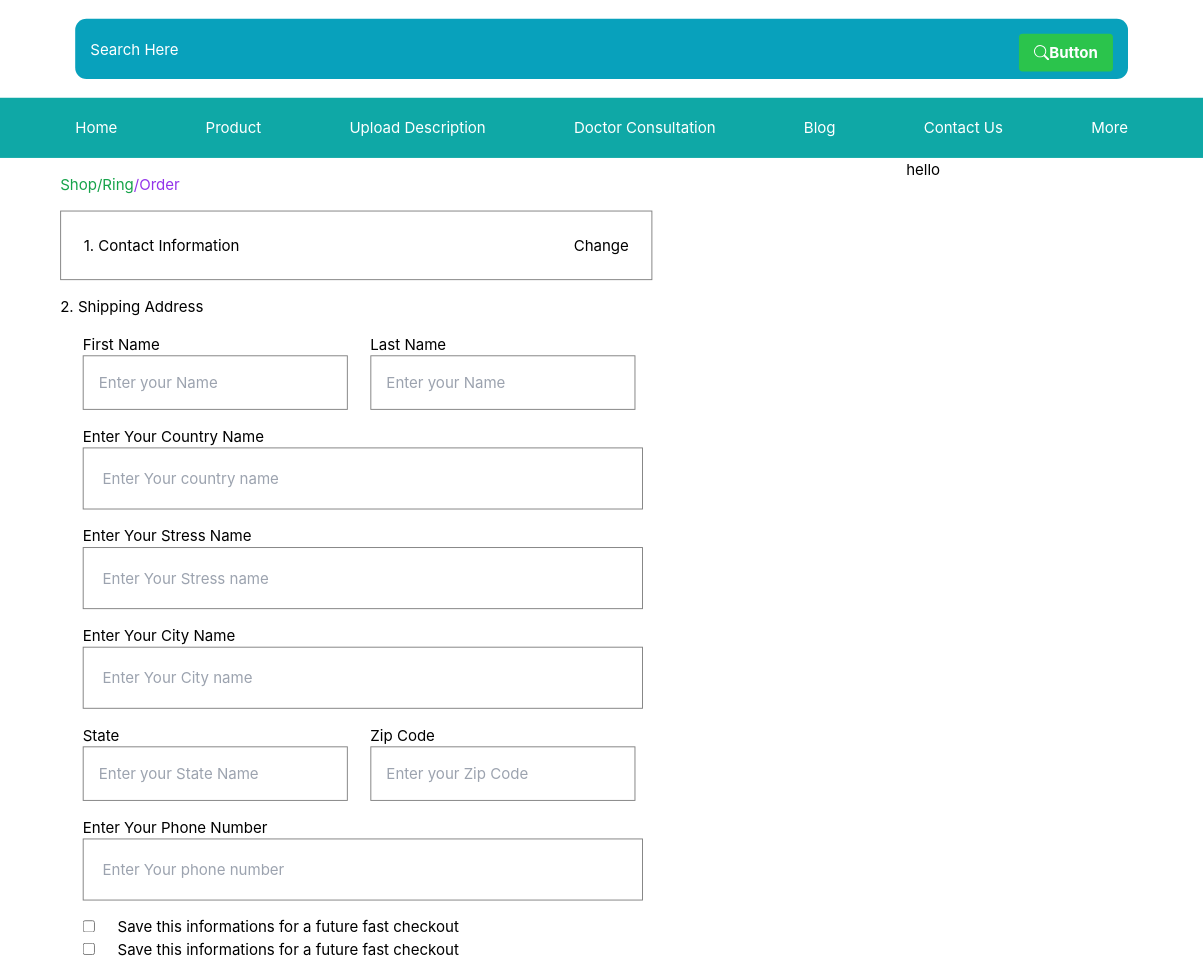
Repository: arafatmollah/form-pharma
Page: /
An editor plug-in stored every save of this project. The page is shown before and after the next save, followed by the edit.
The browser window is 1280 px wide. The pictures show the whole page, at 94% of full size.
The project was rebuilt for these pictures with package versions that can differ from the ones it lists, and the page was loaded fresh each time.

Above is the page before, as saved 2023-03-15 00:08:39.

After the next save:
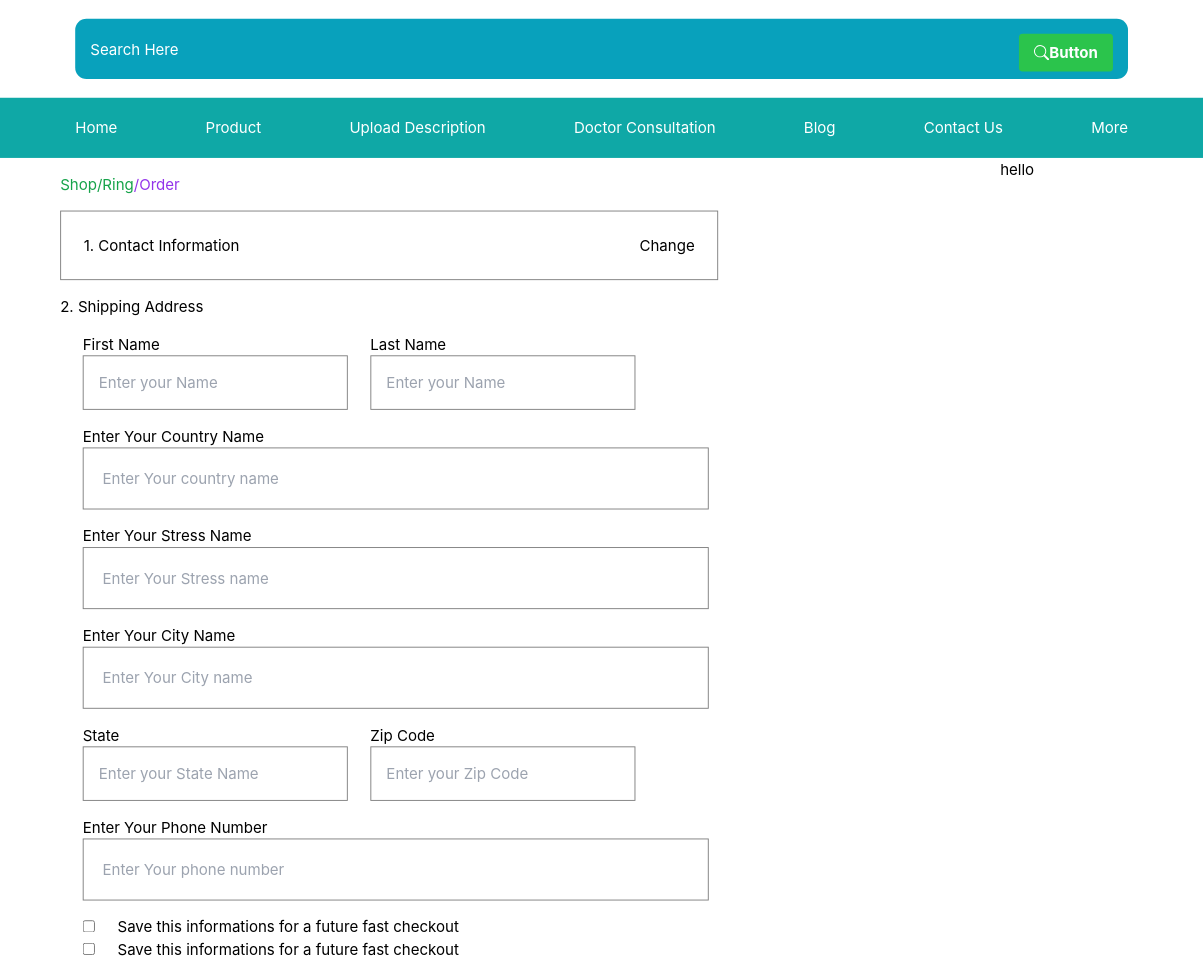
Saved 12 s later.
--- a/src/App.css
+++ b/src/App.css
@@ -27,5 +27,5 @@
 }
 .information{
   display: grid;
-  grid-template-columns: 900px 200px;
+  grid-template-columns: 1000px 200px;
 }
